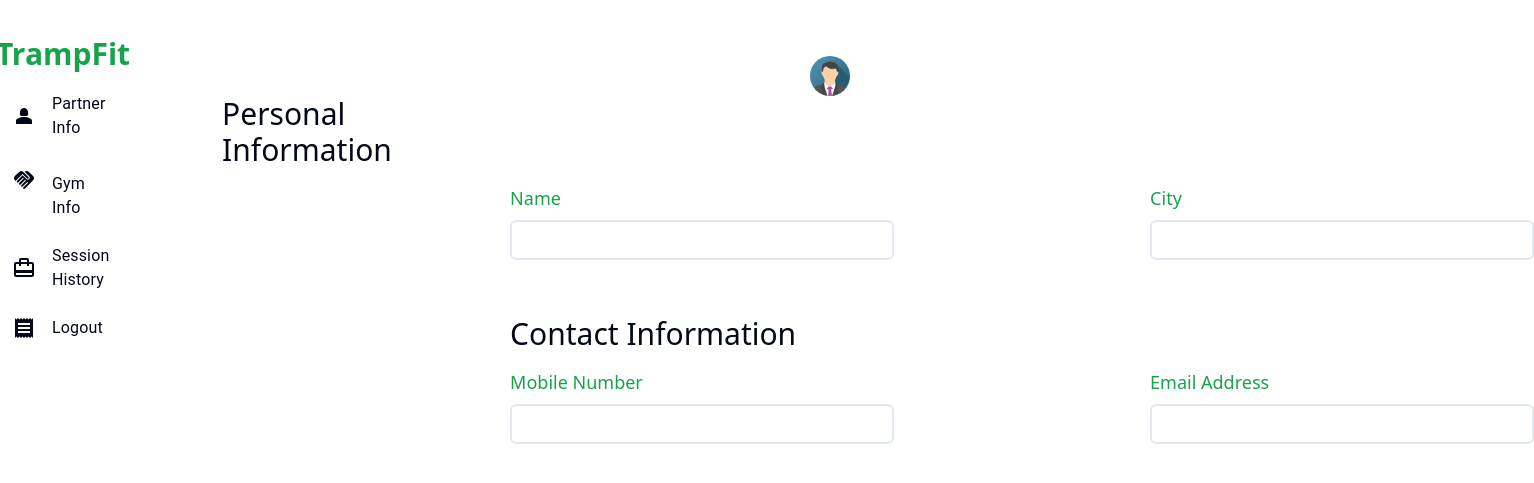
Repository: ezioxatul/TrampFit-Website
Page: /partner/partnerDashboard/partnerInfo (app in Frontend/)
The author's editor kept a copy of each file at every save. The page is drawn from the files as they stood at one save, then again after the next save.
The browser window is 1280 px wide. The page is 1534 px wide, so the pictures cover 1534 px, including what lies to the right of the window. The pictures show the whole page.
The project was rebuilt for these pictures with package versions that can differ from the ones it lists, and the page was loaded fresh each time. The framework's server and built-in components were replaced by stand-ins that run in the browser. Also part of the build but not shown: Frontend/next.config.js, Frontend/next.config.mjs, Frontend/components/Loader.js, Frontend/components/Popup.js.

Above is the page before, as saved 2024-05-16 17:31:45.

After the next save:
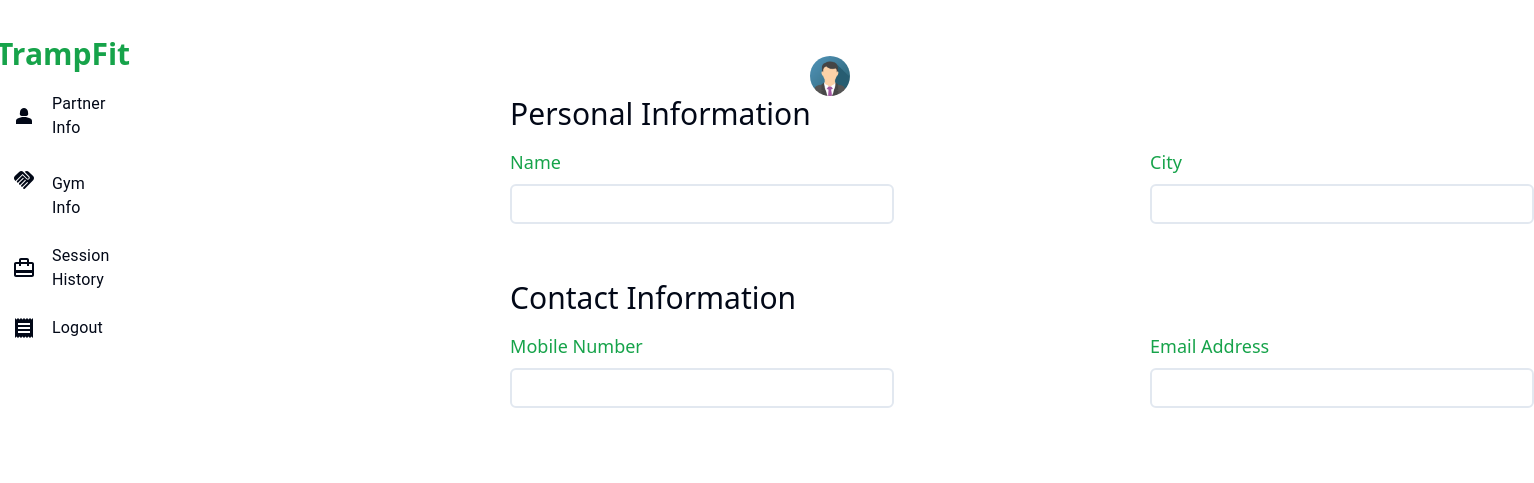
Saved 15 s later.
--- a/Frontend/pages/partner/partnerDashboard/partnerInfo.js
+++ b/Frontend/pages/partner/partnerDashboard/partnerInfo.js
@@ -19,8 +19,8 @@ export default function partnerInfo() {
             ></Avatar>
           </div>
         </div>
-        <div className=" w-8">
-          <h1 className=" ml-24 text-3xl mb-4 ">Personal Information</h1>
+        <div>
+          <h1 className=" ml-96 text-3xl mb-4 ">Personal Information</h1>
           <div className="flex ml-96 mb-10">
             <div className="mr-32 space-y-2">
               <Label
